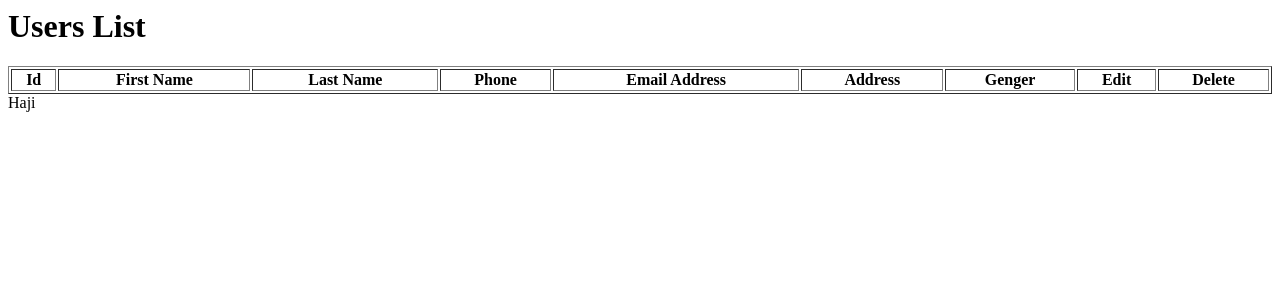
Repository: Muhairiz/Web
Page: http://localhost/E-Libraries/ViewUser
An editor plug-in stored every save of this project. The page is shown before and after the next save, followed by the edit.
The browser window is 1280 px wide. The pictures show the whole page.
The page is served by Tomcat 9. Queries for data that is not in the repository find no rows.

Above is the page before, as saved 2020-08-07 10:35:11.

After the next save:
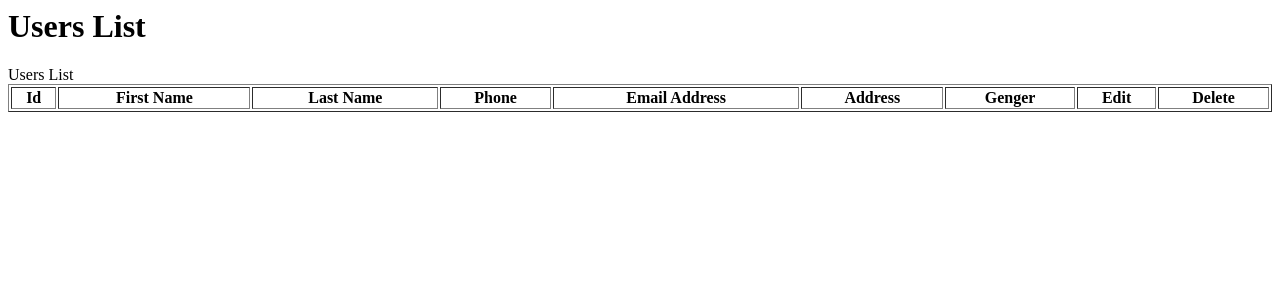
Saved 115 s later.
--- a/E-Libraries/src/ViewUser.java
+++ b/E-Libraries/src/ViewUser.java
@@ -35,6 +35,7 @@
 		response.setContentType("text/html");
         PrintWriter out=response.getWriter();
         out.println("<h1>Users List</h1>");
+        out.println("<a>Users List</a>");
 
         List<Users> list=UsersDao.getAllUsers();
 
@@ -44,7 +45,6 @@
             out.print("<tr><td>"+u.getId()+"</td><td>"+u.getFirstname()+"</td><td>"+u.getLastname()+"</td><td>"+u.getPhone()+"</td><td>"+u.getEmail()+"</td><td>"+u.getAddress()+"</td><td>"+u.getGender()+"</td><td><a href='EditServlet?id="+u.getId()+"'>edit</a></td><td><a href='DeleteServlet?id="+u.getId()+"'>delete</a</td></tr>");
         }
         out.print("</table>");
-        out.println("<a>"+"Haji"+"</a>");
 
         out.close();
 	}

After the save that followed:
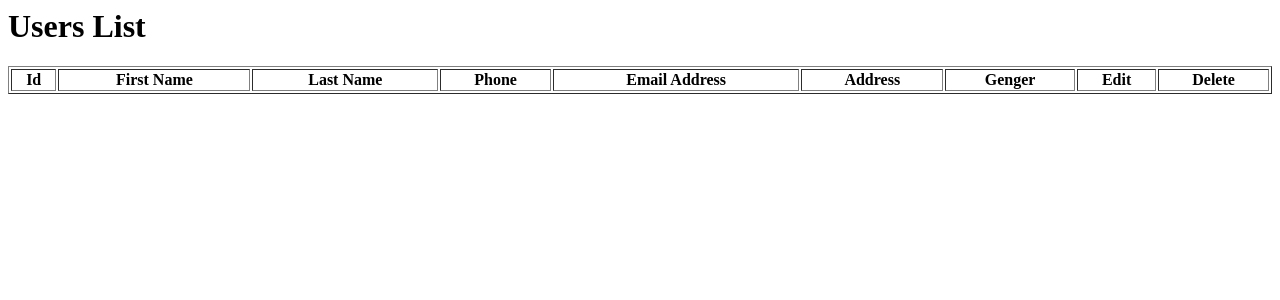
Saved 9 min 0 s later.
--- a/E-Libraries/src/ViewUser.java
+++ b/E-Libraries/src/ViewUser.java
@@ -35,7 +35,6 @@
 		response.setContentType("text/html");
         PrintWriter out=response.getWriter();
         out.println("<h1>Users List</h1>");
-        out.println("<a>Users List</a>");
 
         List<Users> list=UsersDao.getAllUsers();
 
